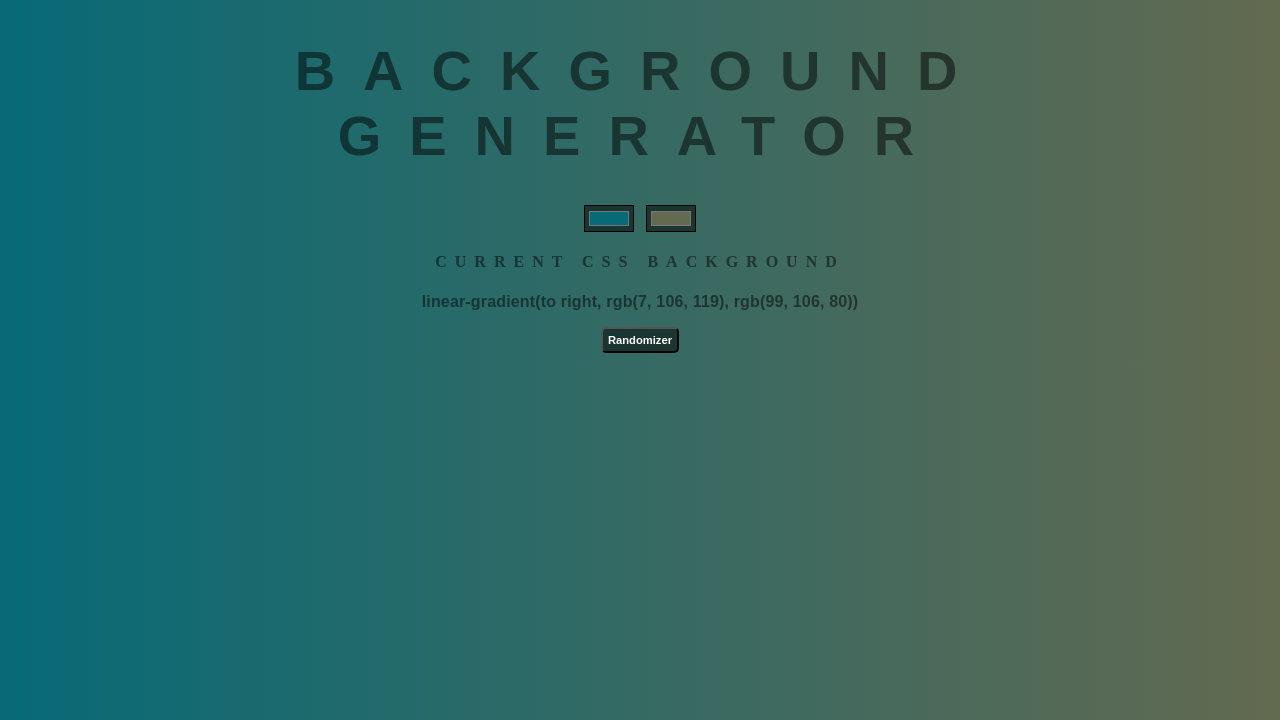
Repository: JUNX-10010/AeroAthletics-clothing
Page: React-Basics/section12-DOM_Manipulation/index.html
An editor plug-in stored every save of this project. The page is shown before and after the next save, followed by the edit.
The browser window is 1280 px wide. The pictures show the whole page.
After loading, the first visible `button.randomColor` was clicked once.

Above is the page before, as saved 2023-03-21 17:27:46.

After the next save:
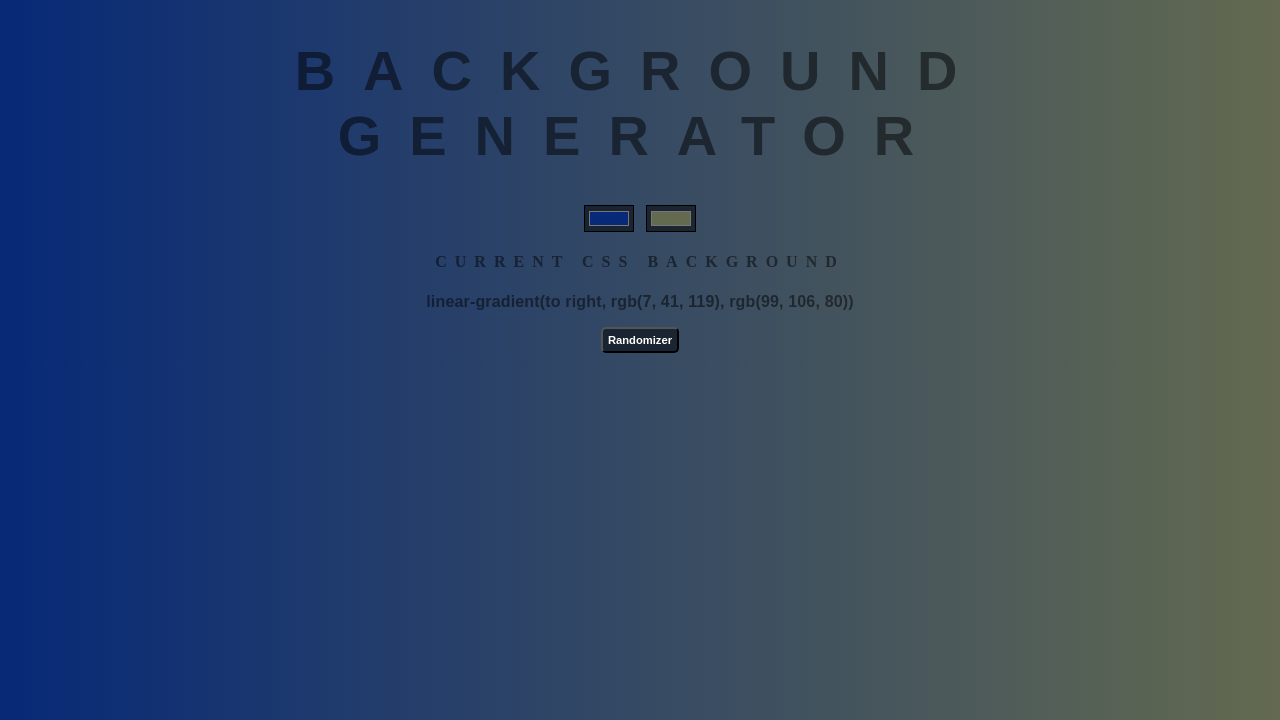
Saved 11 s later.
--- a/React-Basics/section12-DOM_Manipulation/script.js
+++ b/React-Basics/section12-DOM_Manipulation/script.js
@@ -26,7 +26,7 @@ function RGBtoHex(red, green, blue){
 
 // This function handles the action after random color button clicked
 function randAction() {
-    rand1 = [getRandomInt(10),getRandomInt(255),getRandomInt(255)];
+    rand1 = [getRandomInt(10),getRandomInt(100),getRandomInt(255)];
     rand2 = [getRandomInt(255),getRandomInt(255),getRandomInt(255)];
     body.style.background = `linear-gradient(to right, rgb(${rand1[0]},${rand1[1]},${rand1[2]}),
     rgb(${rand2.at(0)},${rand2.at(1)},${rand2.at(2)})`;
